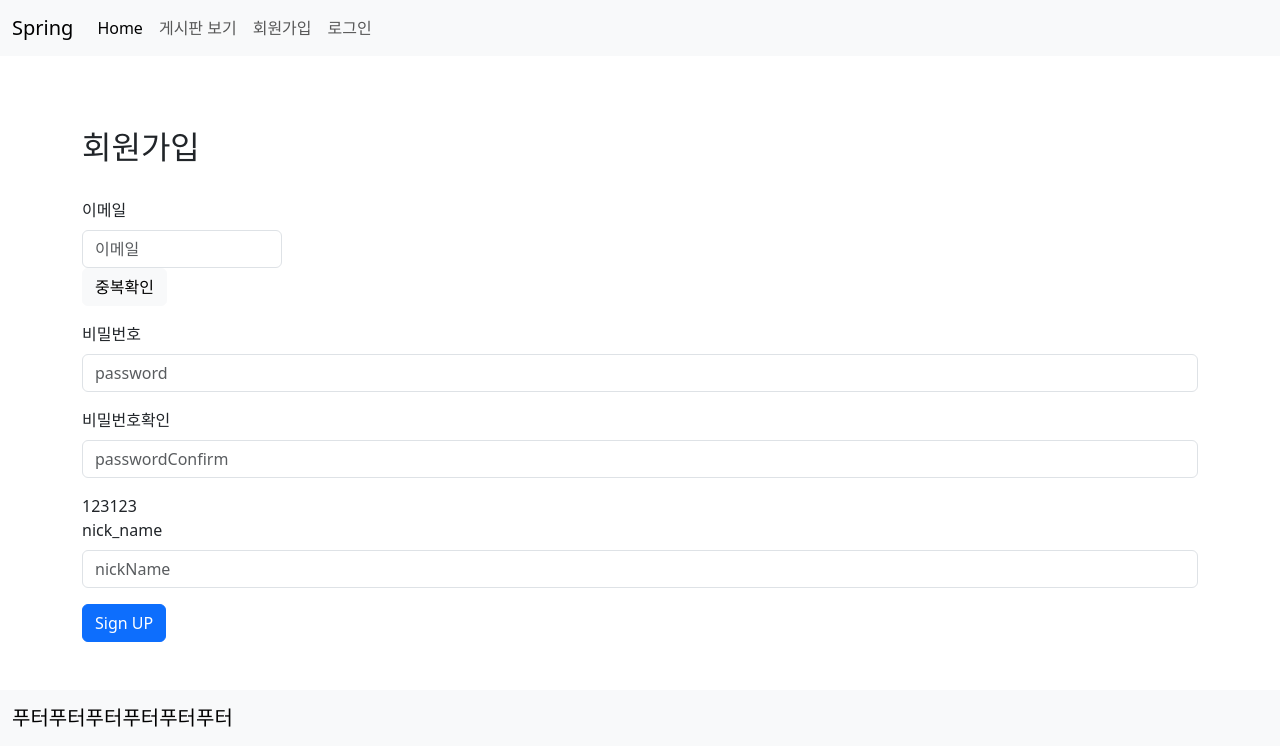
Repository: Jensuchan/spring_solo_project
Page: http://localhost/spring_test/WEB-INF/views/member/register.jsp
The author's editor kept a copy of each file at every save. The page is drawn from the files as they stood at one save, then again after the next save.
The browser window is 1280 px wide. The pictures show the whole page.
The page is served by Tomcat 9. Nobody is signed in. The template is opened directly, without the code that normally fills it, so the values that code supplies are empty.

Above is the page before, as saved 2024-01-18 02:59:22.
Console error: TypeError: Cannot read properties of null (reading 'addEventListener')

After the next save:
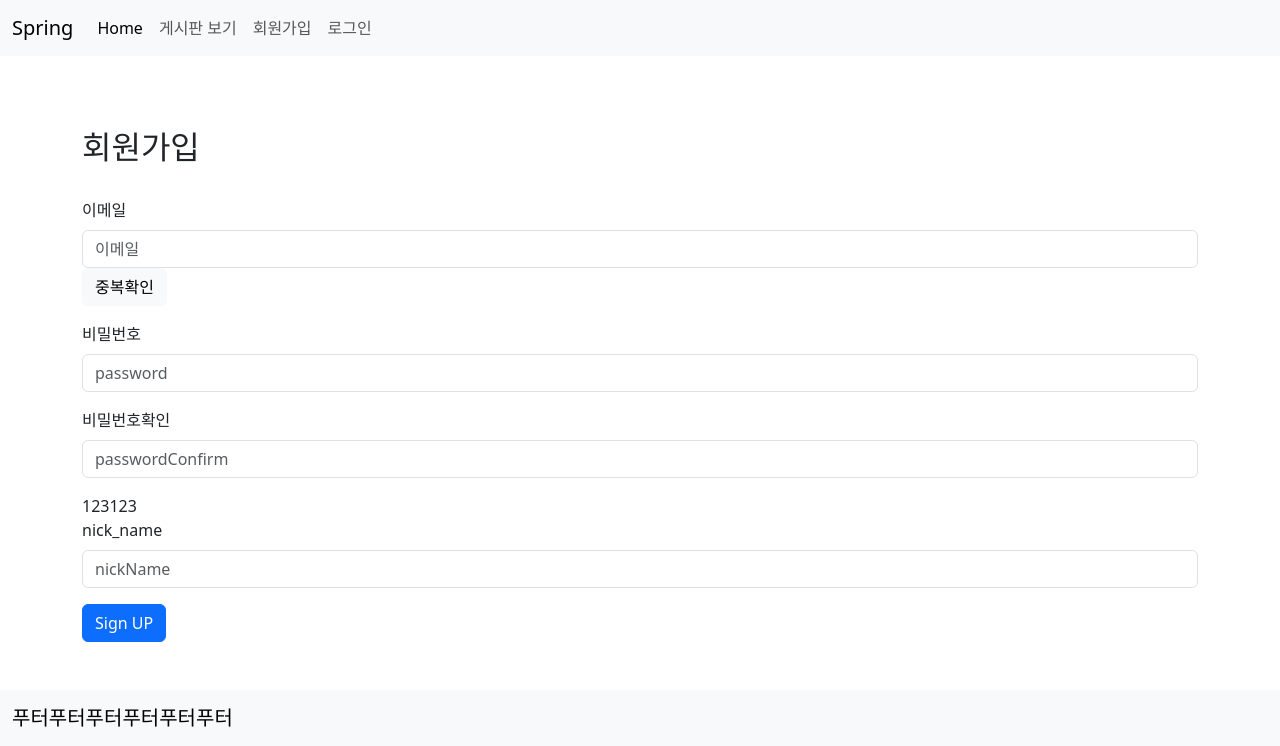
Saved 30 s later.
--- a/spring_test/src/main/webapp/WEB-INF/views/member/register.jsp
+++ b/spring_test/src/main/webapp/WEB-INF/views/member/register.jsp
@@ -12,7 +12,7 @@
 	<form action="/member/register" method="post">
 		<div class="mb-3">
 			<label for="email" class="form-label">이메일</label>
-			<input type="email" name="email" class="form-control" id="email" placeholder="이메일" style="width: 200px">
+			<input type="email" name="email" class="form-control" id="email" placeholder="이메일" style="width: 200px, display: float">
 			<button type="button" class="btn btn-light" id="validationId">중복확인</button>
 		</div>
 		<div class="mb-3">

After the save that followed:
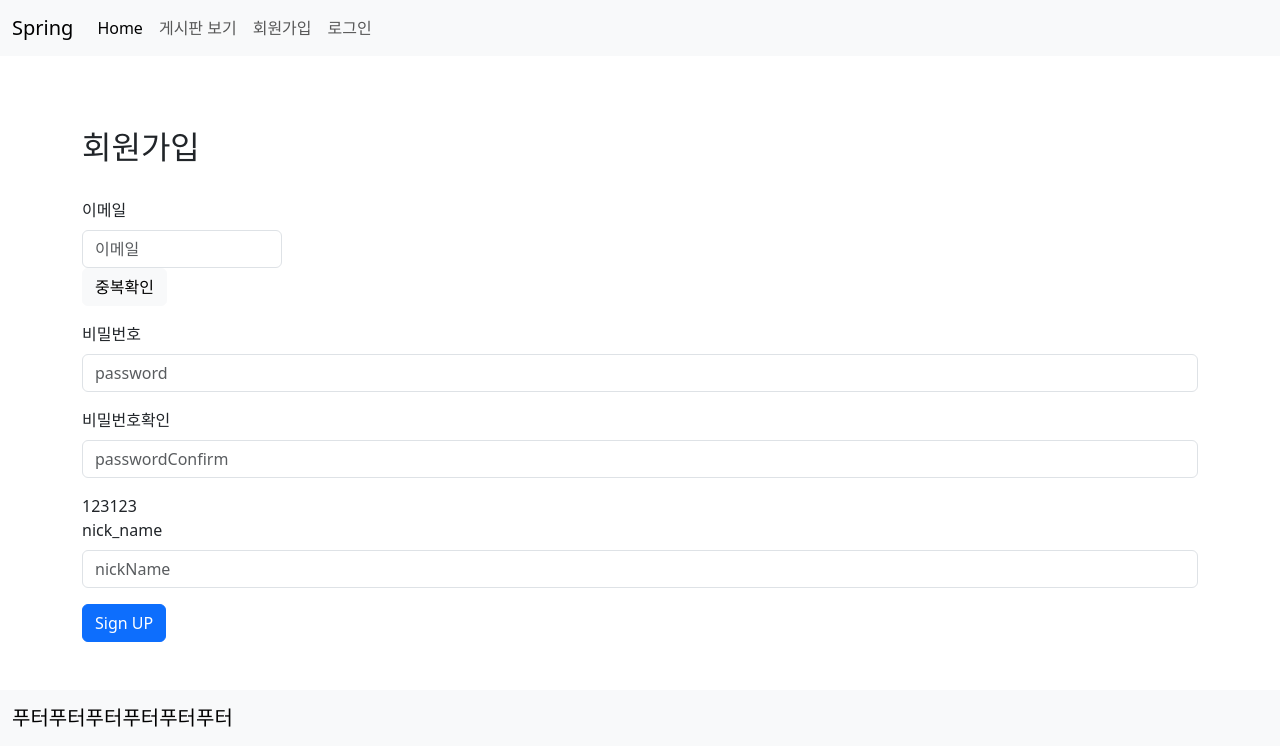
Saved 31 s later.
--- a/spring_test/src/main/webapp/WEB-INF/views/member/register.jsp
+++ b/spring_test/src/main/webapp/WEB-INF/views/member/register.jsp
@@ -12,7 +12,7 @@
 	<form action="/member/register" method="post">
 		<div class="mb-3">
 			<label for="email" class="form-label">이메일</label>
-			<input type="email" name="email" class="form-control" id="email" placeholder="이메일" style="width: 200px, display: float">
+			<input type="email" name="email" class="form-control" id="email" placeholder="이메일" style="width: 200px; display: float">
 			<button type="button" class="btn btn-light" id="validationId">중복확인</button>
 		</div>
 		<div class="mb-3">
